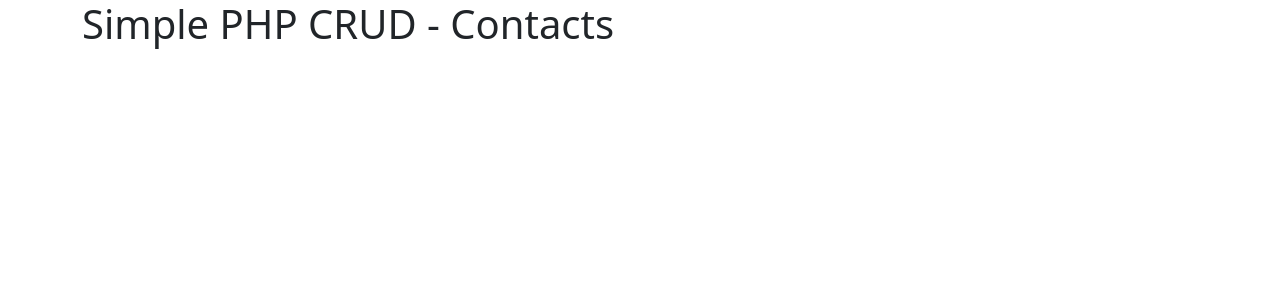
Repository: mennaabdelelhady/PHP-CRUD
Page: http://localhost/
An editor plug-in stored every save of this project. The page is shown before and after the next save, followed by the edit.
The browser window is 1280 px wide. The pictures show the whole page.
The page is run by PHP 8.4 with error messages shown; the project is at /var/www/html/.

Above is the page before, as saved 2024-12-30 01:31:40.

After the next save:
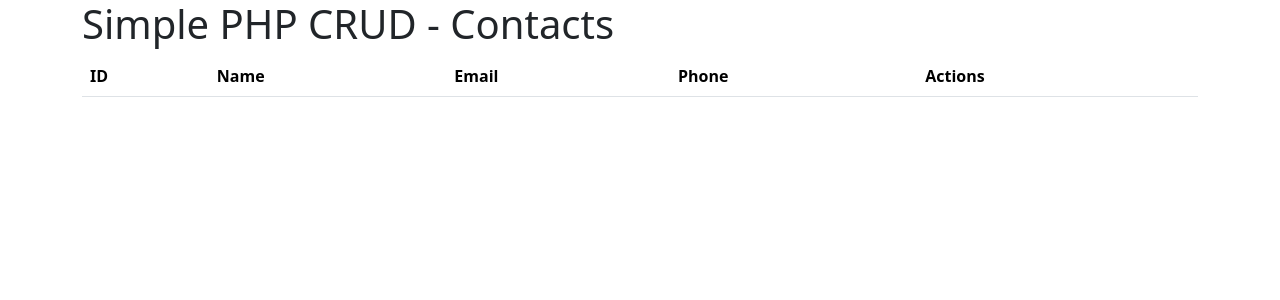
Saved 10 min 43 s later.
--- a/public/index.php
+++ b/public/index.php
@@ -14,5 +14,16 @@ $title ="Simple PHP CRUD - Contacts";
 </head>
 <body class="container">
     <h1><?php echo $title ?></h1>
+    <table class="table">
+        <head>
+            <tr>
+                <th>ID</th>
+                <th>Name</th>
+                <th>Email</th>
+                <th>Phone</th>
+                <th>Actions</th>
+            </tr>
+        </head>
+    </table>
 </body>
 </html>
